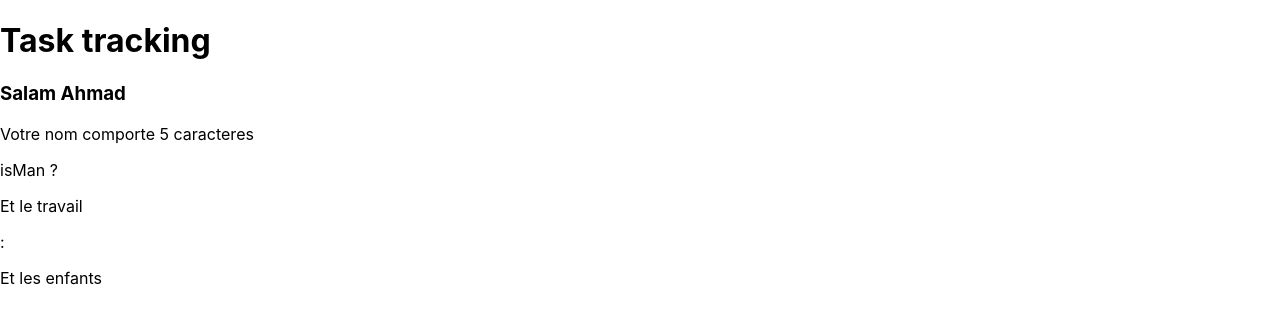
Repository: feyroozecode/task_tracker
Page: /
An editor plug-in stored every save of this project. The page is shown before and after the next save, followed by the edit.
The browser window is 1280 px wide. The pictures show the whole page.
The project was rebuilt for these pictures with package versions that can differ from the ones it lists, and the page was loaded fresh each time. Also part of the build but not shown: src/App.css.

Above is the page before, as saved 2023-10-19 12:22:37.

### public/index.html
<!DOCTYPE html>
<html lang="en">
  <head>
    <meta charset="utf-8" />
    <link rel="icon" href="%PUBLIC_URL%/favicon.ico" />
    <meta name="viewport" content="width=device-width, initial-scale=1" />
    <meta name="theme-color" content="#000000" />
    <meta
      name="description"
      content="Web site created using create-react-app"
    />
    <link rel="apple-touch-icon" href="%PUBLIC_URL%/logo192.png" />

    <link rel="manifest" href="%PUBLIC_URL%/manifest.json" />

    <title>React App</title>
  </head>
  <body>
    <noscript>You need to enable JavaScript to run this app.</noscript>

    <div id="root"></div>

  </body>
</html>

### src/App.js
import './App.css';

function App() {
  const userName = 'Ahmad'
  const isMan = true

  return (
    <div className="container">
      <h1>Task tracking </h1>
      <h3>Salam {userName} </h3>

      <p>Votre nom comporte  { userName.length.toString() } caracteres </p>
      isMan ? <p>Et le travail</p> : <p>Et les enfants</p>
    </div>
  );
}

export default App;

Loaded but not shown: src/index.js (common file); src/index.css (common file)

After the next save:
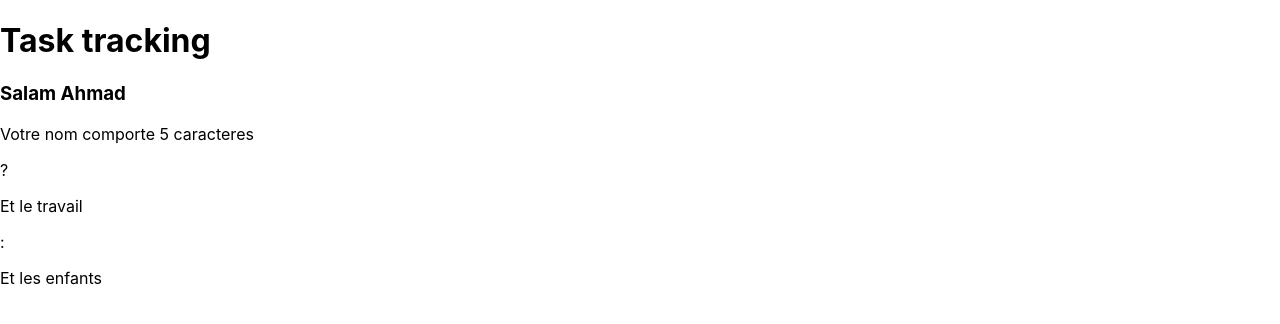
Saved 11 s later.
--- a/src/App.js
+++ b/src/App.js
@@ -10,7 +10,7 @@
       <h3>Salam {userName} </h3>
 
       <p>Votre nom comporte  { userName.length.toString() } caracteres </p>
-      isMan ? <p>Et le travail</p> : <p>Et les enfants</p>
+      {isMan} ? <p>Et le travail</p> : <p>Et les enfants</p>
     </div>
   );
 }
